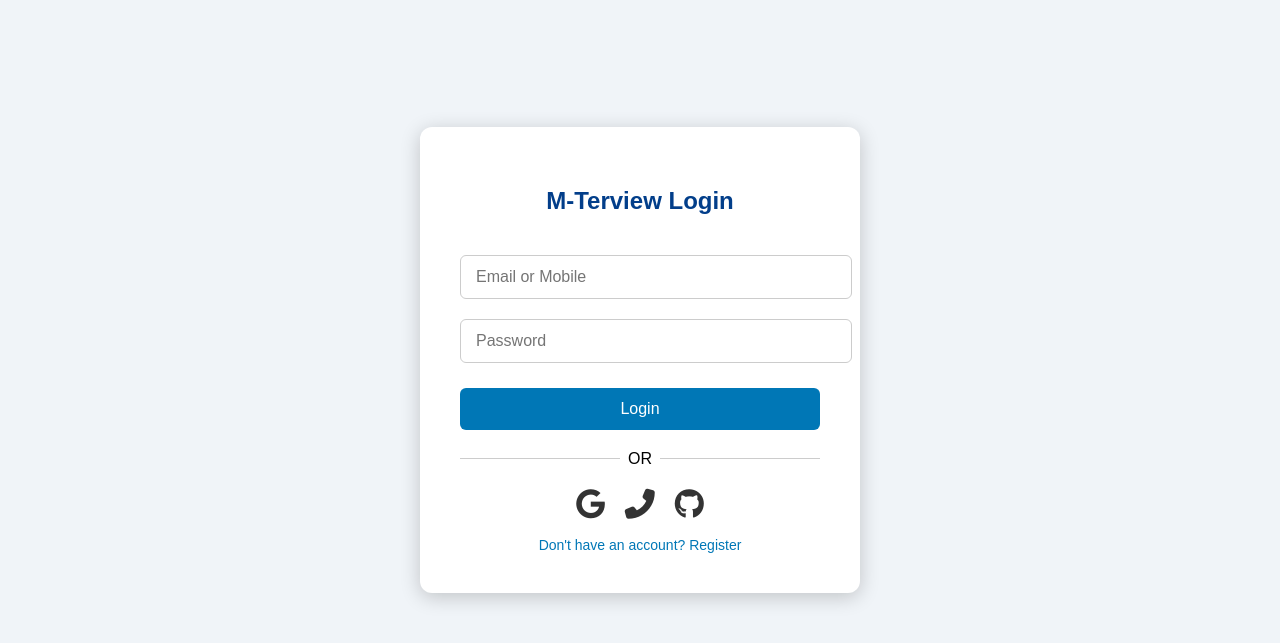
Repository: Mathin04/Online-Interview-Platform-
Page: urls/login.html
An editor plug-in stored every save of this project. The page is shown before and after the next save, followed by the edit.
The browser window is 1280 px wide. The pictures show the whole page.

Above is the page before, as saved 2025-10-08 14:15:59.

### urls/login.html
<!DOCTYPE html>
<html lang="en">
<head>
  <meta charset="UTF-8">
  <title>Login | M-Terview</title>
  <link rel="stylesheet" href="https://cdnjs.cloudflare.com/ajax/libs/font-awesome/6.4.0/css/all.min.css">
  <style>
    body {
      font-family: Arial, sans-serif;
      background: #f0f4f8;
      display: flex;
      justify-content: center;
      align-items: center;
      height: 100vh;
      margin: 0;
    }

    .login-container {
      background: white;
      padding: 40px;
      border-radius: 12px;
      box-shadow: 0 4px 20px rgba(0,0,0,0.2);
      width: 360px;
      text-align: center;
    }

    .login-container h2 {
      margin-bottom: 30px;
      color: #023e8a;
    }

    input[type="text"], input[type="password"] {
      width: 100%;
      padding: 12px 15px;
      margin: 10px 0;
      border: 1px solid #ccc;
      border-radius: 6px;
      font-size: 16px;
    }

    .login-btn {
      width: 100%;
      padding: 12px;
      margin-top: 15px;
      background: #0077b6;
      color: white;
      border: none;
      border-radius: 6px;
      font-size: 16px;
      cursor: pointer;
    }

    .divider {
      display: flex;
      align-items: center;
      text-align: center;
      margin: 20px 0;
    }

    .divider::before, .divider::after {
      content: '';
      flex: 1;
      border-bottom: 1px solid #ccc;
    }

    .divider:not(:empty)::before {
      margin-right: .5em;
    }

    .divider:not(:empty)::after {
      margin-left: .5em;
    }

    .social-login {
      display: flex;
      justify-content: center;
      gap: 20px;
      font-size: 30px;
      margin-top: 20px;
    }

    .social-login a {
      text-decoration: none;
      color: #333;
      transition: 0.3s;
    }

    .social-login a:hover {
      color: #0077b6;
    }

    .error {
      color: red;
      font-size: 14px;
      margin-top: 10px;
    }

    .login-container a.register-link {
      display: block;
      margin-top: 15px;
      color: #0077b6;
      text-decoration: none;
      font-size: 14px;
    }

    .login-container a.register-link:hover {
      text-decoration: underline;
    }
  </style>
</head>
<body>

<div class="login-container">
  <h2>M-Terview Login</h2>

  <input type="text" id="userInput" placeholder="Email or Mobile">
  <input type="password" id="password" placeholder="Password">
  <button class="login-btn" onclick="login()">Login</button>

  <div class="error" id="errorMsg"></div>

  <div class="divider">OR</div>

  <div class="social-login">
    <a href="https://accounts.google.com/" target="_blank" title="Continue with Google"><i class="fab fa-google"></i></a>
    <a href="#" title="Continue with Phone"><i class="fas fa-phone-alt"></i></a>
    <a href="https://github.com/login" target="_blank" title="Continue with GitHub"><i class="fab fa-github"></i></a>
  </div>

  <a href="register.html" class="register-link">Don't have an account? Register</a>
</div>

<script>
  const demoUsers = [
    { user: "test@gmail.com", password: "123456" },
    { user: "9876543210", password: "abcdef" }
  ];

  function login() {
    const input = document.getElementById("userInput").value;
    const password = document.getElementById("password").value;
    const errorMsg = document.getElementById("errorMsg");

    const user = demoUsers.find(u => u.user === input && u.password === password);

    if(user) {
      errorMsg.textContent = "";
      alert("Login successful! Redirecting...");
      window.location.href = "index.html";
    } else {
      errorMsg.textContent = "Invalid Email/Mobile or Password!";
    }
  }
</script>

</body>
</html>

After the next save:
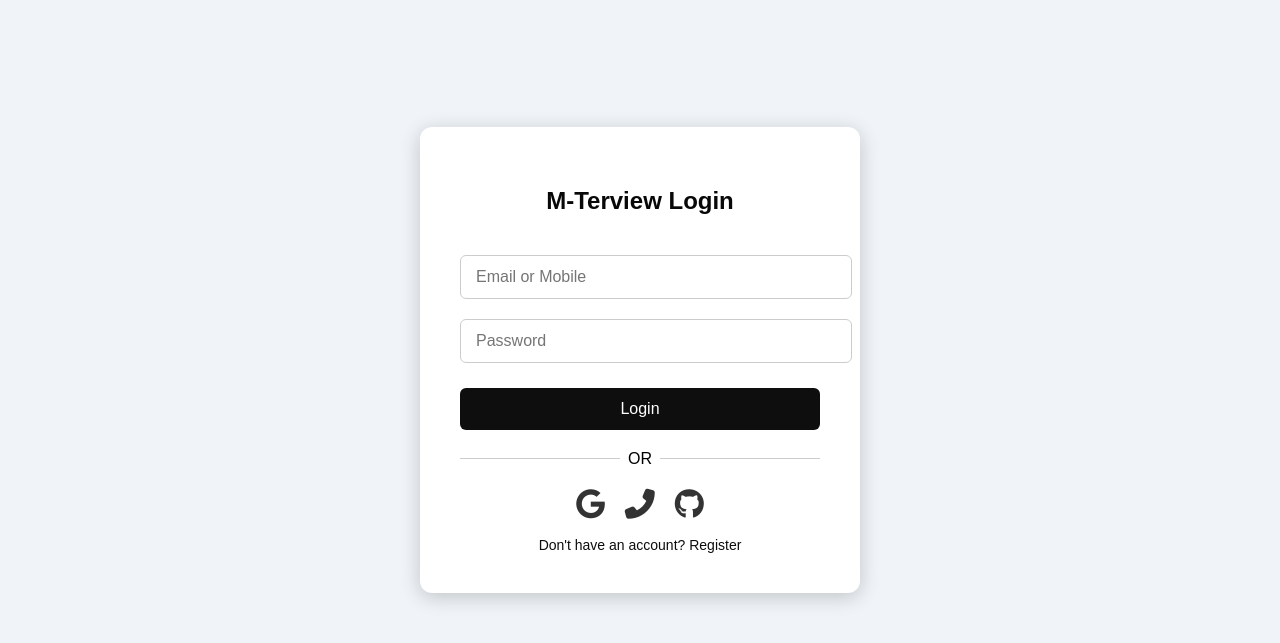
Saved 92 s later.
--- a/urls/login.html
+++ b/urls/login.html
@@ -26,7 +26,7 @@
 
     .login-container h2 {
       margin-bottom: 30px;
-      color: #023e8a;
+      color: #080808;
     }
 
     input[type="text"], input[type="password"] {
@@ -42,7 +42,7 @@
       width: 100%;
       padding: 12px;
       margin-top: 15px;
-      background: #0077b6;
+      background: #0e0e0e;
       color: white;
       border: none;
       border-radius: 6px;
@@ -86,7 +86,7 @@
     }
 
     .social-login a:hover {
-      color: #0077b6;
+      color: #050505;
     }
 
     .error {
@@ -98,7 +98,7 @@
     .login-container a.register-link {
       display: block;
       margin-top: 15px;
-      color: #0077b6;
+      color: #0d0d0e;
       text-decoration: none;
       font-size: 14px;
     }
